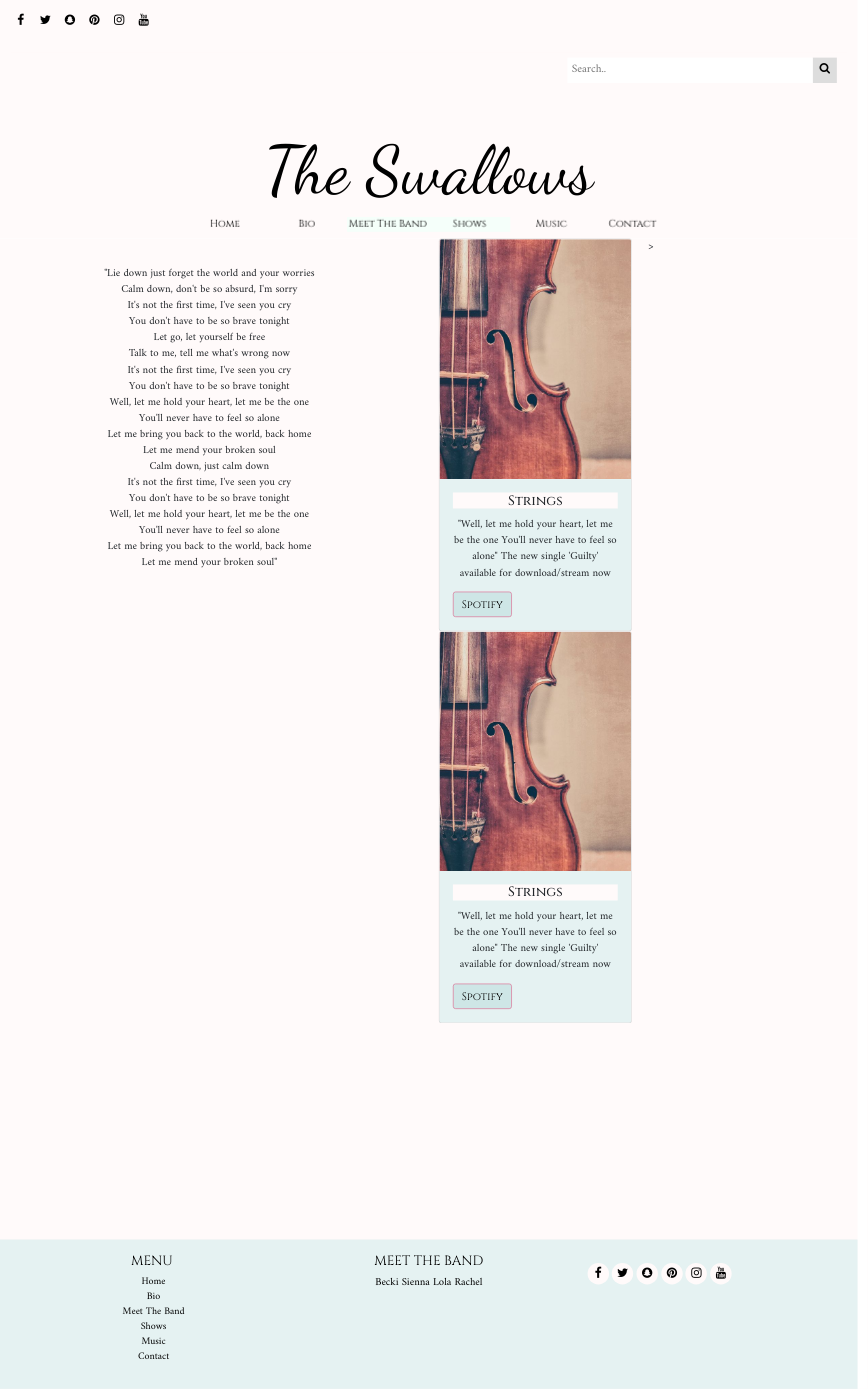
Repository: elizabeth24602/the-swallows
Page: music.html
The author's editor kept a record of every edit. The page is drawn from the files as they stood at one moment, then again after the next edit.
The browser window is 1280 px wide. The page is 1295 px wide, so the pictures cover 1295 px, including what lies to the right of the window. The pictures show the whole page, at 67% of full size.
Pictures or frames that could not be fetched are drawn as grey boxes.

Above is the page before.

### music.html
<!DOCTYPE html>
<html lang="en">
<head>
    <meta charset="UTF-8">
    <meta name="viewport" content="width=device-width, initial-scale=1.0">
    <meta http-equiv="X-UA-Compatible" content="ie=edge">
    <link rel="stylesheet" href="https://stackpath.bootstrapcdn.com/bootstrap/4.3.1/css/bootstrap.min.css" type="text/css" />
    <link rel="stylesheet" href="https://stackpath.bootstrapcdn.com/font-awesome/4.7.0/css/font-awesome.min.css" type="text/css" />
    <link rel="stylesheet" href="https://fonts.googleapis.com/css?family=Dancing+Script" type="text/css" />
    <link rel="stylesheet" href="https://cdnjs.cloudflare.com/ajax/libs/hover.css/2.3.1/css/hover-min.css" type="text/css" />
    <link rel="stylesheet" href="Assessts/CSS/style.css" type="text/css" />
    <title>The Swallows</title>
</head>
<body>
  <header class="container-fluid">
        <div id="social-links" class="row">
        <div class="col-sm-4">
                <ul class="list-inline social-links">
                    <li class="list-inline-item">
                        <a target="_blank" href="#">
                            <i class="fa fa-facebook" aria-hidden="true"></i>
                            <span class="sr-only">Facebook</span>
                        </a>
                    </li>
                    <li class="list-inline-item">
                        <a target="_blank" href="#">
                            <i class="fa fa-twitter" aria-hidden="true"></i>
                            <span class="sr-only">Twitter</span>
                        </a>
                    </li>
                    <li class="list-inline-item">
                        <a target="_blank" href="#">
                            <i class="fa fa-snapchat" aria-hidden="true"></i>
                            <span class="sr-only">Snapchat</span>
                        </a>
                    </li>
                    <li class="list-inline-item">
                        <a target="_blank" href="#">
                            <i class="fa fa-pinterest" aria-hidden="true"></i>
                            <span class="sr-only">Pinterest</span>
                        </a>
                    </li>
                    <li class="list-inline-item">
                        <a target="_blank" href="#">
                            <i class="fa fa-instagram" aria-hidden="true"></i>
                            <span class="sr-only">Instagram</span>
                        </a>
                    </li>
                    <li class="list-inline-item">
                        <a target="_blank" href="#">
                            <i class="fa fa-youtube" aria-hidden="true"></i>
                            <span class="sr-only">YouTube</span>
                        </a>
                    </li>
                </ul>
            </div>
        </div>
       <div class="topnav">
          <div class="search-container">
            <form action="/action_page.php">
                  <input type="text" placeholder="Search.." name="search">
                  <button type="submit"><i class="fa fa-search"></i></button>
            </form>
          </div>
        </div>
        <div class="row no-gutters bg-color-bandname">
            <div class="col headings">
                <h1 class="bandname">The Swallows</h1>
            </div>
        </div>
        <div class="row no-gutters">
            <div class="col">
                <ul id="nav" class="list-inline menucontainer">
                    <li class="col-4 col-sm-2 ui-menu-color-home list-inline-item menuitem">
                        <a href="index.html" class="hvr-sweep-to-bottom"><span>Home</span></a>
                    </li>
                    <li class="col-4 col-sm-2 ui-menu-color-bio list-inline-item menuitem">
                        <a href="bio.html" class="hvr-sweep-to-bottom"><span>Bio</span></a>
                    </li>
                     <li class="col-4 col-sm-2 ui-menu-color-meet-the-band list-inline-item menuitem">
                        <a href="meet.html" class="hvr-sweep-to-bottom"><span>Meet The Band</span></a>
                    </li>
                    <li class="col-4 col-sm-2 ui-menu-color-shows list-inline-item menuitem">
                        <a href="shows.html" class="hvr-sweep-to-bottom"><span>Shows</span></a>
                    </li>
                    <li class="col-4 col-sm-2 ui-menu-color-music list-inline-item menuitem">
                        <a href="music.html" class="hvr-sweep-to-bottom"><span>Music</span></a>
                    </li>
                    <li class="col-4 col-sm-2 ui-menu-color-contact list-inline-item menuitem">
                        <a href="contact.html" class="hvr-sweep-to-bottom"><span>Contact</span></a>
                    </li>
                </ul>
            </div>
        </div>

    </header>
    <section>
        <div class="row">
            <div class="col-sm-6">
        <p class="lyrics">"Lie down just forget the world and your worries <br>
Calm down, don't be so absurd, I'm sorry <br>
It's not the first time, I've seen you cry <br>
You don't have to be so brave tonight <br>

Let go, let yourself be free <br>
Talk to me, tell me what's wrong now <br>
It's not the first time, I've seen you cry <br>
You don't have to be so brave tonight <br>

Well, let me hold your heart, let me be the one <br>
You'll never have to feel so alone <br>
Let me bring you back to the world, back home <br>
Let me mend your broken soul <br>

Calm down, just calm down <br>
It's not the first time, I've seen you cry <br>
You don't have to be so brave tonight <br>

Well, let me hold your heart, let me be the one <br>
You'll never have to feel so alone <br>
Let me bring you back to the world, back home <br>
Let me mend your broken soul"</p>
</div>
<div class="col-sm-3">
    <div class="card" style="width: 18rem;">
  <img src="Assessts/Pictures/chello.jpg" class="card-img-top" alt="chello">
  <div class="card-body">
    <h5 class="card-title">Strings</h5>
    <p class="card-text">"Well, let me hold your heart, let me be the one You'll never have to feel so alone" The new single 'Guilty' available for download/stream now</p>
    <a href="#" class="btn btn-primary">Spotify</a>
  </div>
</div>
</div.
<div class="col-sm-3">
    <div class="card" style="width: 18rem;">
  <img src="Assessts/Pictures/chello.jpg" class="card-img-top" alt="chello">
  <div class="card-body">
    <h5 class="card-title">Strings</h5>
    <p class="card-text">"Well, let me hold your heart, let me be the one You'll never have to feel so alone" The new single 'Guilty' available for download/stream now</p>
    <a href="#" class="btn btn-primary">Spotify</a>
  </div>
</div>
</div>>

</div>
<div class="row">
    <div class="col-sm-12">
        <iframe class="youtube" width="560" height="315" src="https://www.youtube.com/embed/rMNS9oNCL3s" frameborder="0" allow="accelerometer; autoplay; encrypted-media; gyroscope; picture-in-picture" allowfullscreen></iframe>
    </div>
</div>
    </section>
 <footer class="container-fluid">
           <div id="footer-details" class="row">
            <div class="col-sm-4">
                <h5 class="uppercase general-sub">Menu</h5>
                <ul class="inline-block list-inline container-fluid">
                    <li class="list-item">
                        <a target="_blank" href="index.html">
                            <span>Home</span>
                        </a>
                    </li>
                      <li class="list-item">
                        <a target="_blank" href="bio.html">
                            <span>Bio</span>
                        </a>
                    </li>
                      <li class="list-item">
                        <a target="_blank" href="meet.html">
                            <span>Meet The Band</span>
                        </a>
                    </li>
                        </li>
                      <li class="list-item">
                        <a target="_blank" href="shows.html">
                            <span>Shows</span>
                        </a>
                    </li>
                      <li class="list-item">
                        <a target="_blank" href="music.html">
                            <span>Music</span>
                        </a>
                    </li>
                      <li class="list-item">
                        <a target="_blank" href="contact.html">
                            <span>Contact</span>
                        </a>
                    </li>
                </ul>
            </div>
            <div class="col-sm-4">
                <h5 class="uppercase general-sub">Meet the Band</h5>
              <ul class="inline-block list-inline container-fluid">
                    <li class="list-inline-item">
                        <a target="_blank" href="meet.html">
                            <span>Becki</span>
                        </a>
                    </li>
                      <li class="list-inline-item">
                        <a target="_blank" href="meet.html">
                            <span>Sienna</span>
                        </a>
                    </li>
                      <li class="list-inline-item">
                        <a target="_blank" href="meet.html">
                            <span>Lola</span>
                        </a>
                    </li>
                      <li class="list-inline-item">
                        <a target="_blank" href="meet.html">
                            <span>Rachel</span>
                        </a>
                    </li>
                </ul>
            </div>
         <div class="col-sm-4">
                <ul class="list-inline social-links container-fluid">
                    <li class="list-inline-item">
                        <a target="_blank" href="#">
                            <i class="fa fa-facebook" aria-hidden="true"></i>
                            <span class="sr-only">Facebook</span>
                        </a>
                    </li>
                    <li class="list-inline-item">
                        <a target="_blank" href="#">
                            <i class="fa fa-twitter" aria-hidden="true"></i>
                            <span class="sr-only">Twitter</span>
                        </a>
                    </li>
                    <li class="list-inline-item">
                        <a target="_blank" href="#">
                            <i class="fa fa-snapchat" aria-hidden="true"></i>
                            <span class="sr-only">Snapchat</span>
                        </a>
                    </li>
                    <li class="list-inline-item">
                        <a target="_blank" href="#">
                            <i class="fa fa-pinterest" aria-hidden="true"></i>
                            <span class="sr-only">Pinterest</span>
                        </a>
                    </li>
                    <li class="list-inline-item">
                        <a target="_blank" href="#">
                            <i class="fa fa-instagram" aria-hidden="true"></i>
                            <span class="sr-only">Instagram</span>
                        </a>
                    </li>
                    <li class="list-inline-item">
                        <a target="_blank" href="#">
                            <i class="fa fa-youtube" aria-hidden="true"></i>
                            <span class="sr-only">YouTube</span>
                        </a>
                    </li>
                </ul>
            </div>
        </div>

    </footer>
</body>
</html>

### Assessts/CSS/style.css
@import url('https://fonts.googleapis.com/css?family=Dancing+Script:100,200,300,400,500,600,700|Amiri:100,200,300,400,500,600,700|Satisfy:100,200,300,400,500,600,700|Cinzel:100,200,300,400,500,600,700');

/*-------------------------------Colours */

.body {
    background-color: #fffafa;
}

.bg-color-bandname {
 background-color: #fffafa;
}

.ui-menu-color-home {
    background-color: #fffafa;
}

.ui-menu-color-bio {
    background-color: #fffafa;
}

.ui-menu-color-meet-the-band {
    background-color: #f5fffa;
}

.ui-menu-color-shows {
    background-color: #f5fffa;
}

.ui-menu-color-music {
    background-color: #fffafa;
}

.ui-menu-color-contact {
    background-color: #fffafa;
}

/*-------------------------------Search Bar */

* {box-sizing: border-box;}

body {
  margin: 0;
  font-family: Amiri, cursive;
}

.topnav {
  overflow: hidden;
  background-color: #fffafa;
}

.topnav a {
  float: left;
  display: block;
  color: black;
  text-align: center;
  padding: 14px 16px;
  text-decoration: none;
  font-size: 17px;
}

.topnav a:hover {
  background-color: rgba(0, 128, 128, 0.1);
  color: black;
}

.topnav a.active {
  background-color: #fffafa;
  color: white;
}

.topnav .search-container {
  float: right;
}

.topnav input[type=text] {
  padding: 6px;
  margin-top: 8px;
  font-size: 17px;
  border: none;
}

.topnav .search-container button {
  float: right;
  padding: 6px 10px;
  margin-top: 8px;
  margin-right: 16px;
  background: #ddd;
  font-size: 17px;
  border: none;
  cursor: pointer;
}

.topnav .search-container button:hover {
  background: #ccc;
}

@media screen and (max-width: 600px) {
  .topnav .search-container {
    float: none;
  }
  .topnav a, .topnav input[type=text], .topnav .search-container button {
    float: none;
    display: block;
    text-align: left;
    width: 100%;
    margin: 0;
    padding: 14px;
  }
  .topnav input[type=text] {
    border: 1px solid #ccc;
  }
}

/*-------------------------------Special text/padding/margins */

h1,h2,h4 {
    margin: 0;
}

.uppercase {
    text-transform: uppercase;
}

.general-sub {
    font-family: "Cinzel", cursive;
    font-weight: 300;
    color: #000000;
}

.inline-block {
    display: inline-block;
}

/*-------------------------------Heading */

header {
    background: #fffafa;
}

.social-links {
    padding-top: 15px;
    padding-bottom: 15px;
}

.social-links li a i {
    width: 32px;
    height: 32px;
    padding: 12px 0;
    border-radius: 50%;
    font-size: 25px;
    line-height: 7px;
    text-align: center;
    color: #000000;
    background: #fffafa;
    transition: all 0.35s ease-in-out;
    -moz-transition: all 0.35s ease-in-out;
    -webkit-transition: all 0.35s ease-in-out;
    -o-transition: all 0.35s ease-in-out;
}

.social-links li a i:hover {
    background: rgba(0, 128, 128, 0.1);
}

.header {
    margin: 0;
}

.heading {
    margin-left: 50px;
}

.bandname {
    font-family: 'Dancing Script',cursive;
    font-weight: 400;
    font-size: 100px;
    margin-top: 70px;
    color: #000000;
    text-align: center;
}

.list-inline-item:not(:last-child) {
    margin: 0;
}

.menucontainer {
    font-size: 0;
    margin: auto;
    width: 60%;
    padding: 10px;
}

#nav li {
    font-size: 15px;
    font-family: 'Cinzel',cursive;
    padding: 0;
}

.menuitem {
    text-align: center;
    padding: 0;
}

.body {
    text-align: center;
}

.menuitem a {
    width: 100%;
    text-decoration: none;
    color: #000000;
}

/*-------------------------------Hover.css */

.hvr-sweep-to-bottom:before {
    background: rgba(0, 128, 128, 0.1);
}

.hvr-sweep-to-top:before {
    background-color: #db7093;
    text: #000000;
}

.a:hover {
    text-decoration: none;
}

/*-------------------------------Home Section */

section {
    background-color: #fffafa;
}

.center {
  display: block;
  margin-left: auto;
  margin-right: auto;
  width: 50%;
}

.song-title {
    font-family: 'Cinzel',cursive;
    color: #000000;
    padding-top: 20px;
    padding-bottom: 20px;
    position: center;
    text-decoration: none;
    background-color: #fffafa;
    text-align: center;
    margin: 50px;
}

.center {
    width: 300px ;
    position: relative;
    width: 50%;
    padding-top: 20px;
    padding-bottom: 20px;
}

.thorne-img {
    padding-top: 30px;
    padding-bottom: 30px;
    display: block;
    margin-left: auto;
    margin-right: auto;
    width: 40%;
    margin-bottom: 40px;
}

.uppercase {
    text-decoration: none;
    text-align: center;
}

.center-txt {
    font-family: 'Amiri',cursive;
    color: #000000;
    font-size: 150%;
    display: block;
    margin-left: 50px;
    margin-right: 50px;
    margin-bottom: 20px;
    margin-top: 20px;
    padding: 30px;
    width: 50%;
    text-decoration: none;
    background-color: #fffafa;
    line-height: 200px;
    height: 200px;
    text-align: center;
}

.tagline {
    font-family: "Amiri", cursive;
    text-align: center;
    color: #000000;
    padding-top: 70px;
    font-weight: 400;
    font-size: 100%;
    text-decoration: none;
    background:#fffafa;
    list-style-type:none;
    padding: 70px 0;
    font-size: 150%;
}

.tagline:hvr-sweep-to-top {
    background-color: rgba(0, 128, 128, 0.1);
}

/*------------------------------Bio Section */

h2 .our-story {
    font-family: 'Cinzel',cursive;
    font-weight: 100;
    color: #000000;
    padding-top: 60px;
    padding-bottom: 40px;
    text-align: center;
    font-size: 150%;
}

.info {
    font-family: "Amiri",cursive;
    text-align: justify;
    font-size: 110%;
    padding-top: 20px;
    padding-bottom: 100px;
}

.girl {
    display: block;
    margin-left: auto;
    margin-right: auto;
    width: 60%;
    padding-top: 50px;
    padding-bottom: 50px;
}

.quote {
    font-family: 'Amiri',cursive;
    text-align: center;
    font-size: 100%;
    border-style: solid;
    border-width: 3px;
    border-color: #787878;
    background-color: #ffe4e1;
}

/*------------------------------Meet The Band Section */

.name {
    padding-top: 100px;
    padding-bottom: 20px;
    font-family: 'Cinzel',cursive;
    font-size: 200%;
    text-align: center;
}

.bio {
    text-align: center;
    font-weight: 200;
    padding-bottom: 100px;
    padding-top: 50px;
    font-size: 150%;
}

.becki {
    position: static;
    padding: 20px;
    margin-top: 20px;
    margin-bottom: 20px;
    display: block;
    margin-left: auto;
    margin-right: auto;
    width: 90%;
    background-color: #db7093;
}

.lola {
    position: static;
    padding: 20px;
    margin-top: 20px;
    margin-bottom: 20px;
    display: block;
    margin-left: auto;
    margin-right: auto;
    width: 90%;
    background-color: #db7093;
}

.sienna {
    position: static;
    padding: 20px;
    margin-top: 20px;
    margin-bottom: 20px;
    display: block;
    margin-left: auto;
    margin-right: auto;
    width: 90%;
    background-color: #db7093;
}

.rachel {
    position: static;
    padding: 20px;
    margin-top: 20px;
    margin-bottom: 20px;
    display: block;
    margin-left: auto;
    margin-right: auto;
    width: 90%;
    background-color: #db7093;
}

/*------------------------------Shows Section */
#shows {
  font-family: "Cinzel",cursive;
  border-collapse: collapse;
  width: 90%;
  padding-top: 20px;
  padding-bottom: 20px;
  margin: 40px;
}

#shows td, #shows th {
  border: 1px solid #ddd;
  padding: 8px;
}

#shows tr:nth-child(even){background-color: #ffe4e1;}

#shows tr:hover {background-color: #ddd;}

#shows th {
  padding-top: 12px;
  padding-bottom: 12px;
  text-align: center;
  background-color: #f5fffa;
  color: #000000;
}

.quote-shows {
    font-family: 'Amiri',cursive;
    text-align: center;
    font-size: 100%;
    border-style: solid;
    border-width: 3px;
    border-color: #787878;
    background-color: #ffe4e1;
    padding-top: 20px;
    padding-bottom: 20px;
    margin: 20px;
    width: 50%;
    padding: 10px;
    margin-left: 90px;
}

.txt-shows {
    font-family: 'Amiri',cursive;
    color: #000000;
    font-size: 100%;
    display: block;
    margin-left: 85px;
    margin-right: 15px;
    padding: 30px;
    width: 50%;
    text-decoration: none;
    background-color: #fffafa;
    text-align: center;
}

.violin {
    padding-top: 50px;
    padding-bottom: 50px;
    display: block;
    margin-left: auto;
    margin-right: auto;
    width: 80%;
}

/*------------------------------Music Section */
.lyrics {
    font-family: "Amiri",cursive;
    text-align: center;
    padding-bottom: 40px;
    padding-top: 40px;
}

.card-body {
    background-color: rgba(0, 128, 128, 0.1);
}

.card-img-top {

}

.card-title {
    font-family: "Cinzel",cursive;
    text-align: center;
    background-color: #fffafa;
}

.card-text {
    font-family: "Amiri",cursive;
    text-align: center;
}

.btn {
    background-color: rgba(0, 128, 128, 0.1);
    border-color: #db7093;
}

.btn-primary {
    color: #000000;
    font-family: "Cinzel",cursive;
}


/*------------------------------Contact Section */

.contact-us {
    font-family: "Cinzel",cursive;
    color: #000000;
    text-align: center;
    margin-top: 30px;
    margin-bottom: 30px;
}

.contact {
    font-family: "Cinzel",cursive;
    color: #000000;
    text-align: center;
    margin-top: 30px;
    margin-bottom: 30px;
}

.booking {
    font-family: "Amiri",cursive;
    color: #000000;
    text-align: center;
    margin-top: 30px;
    margin-bottom: 30px;
    font-size: 150%;
}

.press {
    font-family: "Amiri",cursive;
    color: #000000;
    text-align: center;
    margin-top: 30px;
    margin-bottom: 30px;
    font-size: 150%
}

.label {
    font-family: "Amiri",cursive;
    color: #000000;
    text-align: center;
    margin-top: 30px;
    margin-bottom: 30px;
    font-size: 150%;
}

.piano {
    padding-top: 50px;
    padding-bottom: 50px;
    display: block;
    margin-left: auto;
    margin-right: auto;
    width: 40%;
}

/*-------------------------------Footer */

footer {
    background-color: rgba(0, 128, 128, 0.1);
    color: #000000;
    min-height: 120px;
    margin: 0;
}

h5 {
    text-align: center;
}

.list-item {
    font-size: 15px;
    color: #000000;
    text-align: center;
    text-decoration: none;
    padding-left: 5px;
    transition: all 0.35s ease-in-out;
    -moz-transition: all 0.35s ease-in-out;
    -webkit-transition: all 0.35s ease-in-out;
    -o-transition: all 0.35s ease-in-out;
}

.list-item:hover {
    background: #fffafa;
}

.inline-block{
    text-align: center;
    color: #000000;
}

a {
    color: #000000;
    text-decoration: none;
    background-color: transparent;
}

.list-inline-item:hover {
    background: #fffafa;
}

.social-links {
    padding-top: 15px;
    padding-bottom: 15px;
}

.social-links li a i {
    width: 32px;
    height: 32px;
    padding: 12px 0;
    border-radius: 50%;
    font-size: 18px;
    line-height: 7px;
    text-align: center;
    color: #000000;
    background: #fffafa;
    transition: all 0.35s ease-in-out;
    -moz-transition: all 0.35s ease-in-out;
    -webkit-transition: all 0.35s ease-in-out;
    -o-transition: all 0.35s ease-in-out;
}

.social-links li a i:hover {
    background: rgba(0, 128, 128, 0.1);
}

#footer-details {
    padding: 20px;
}

After the next edit:
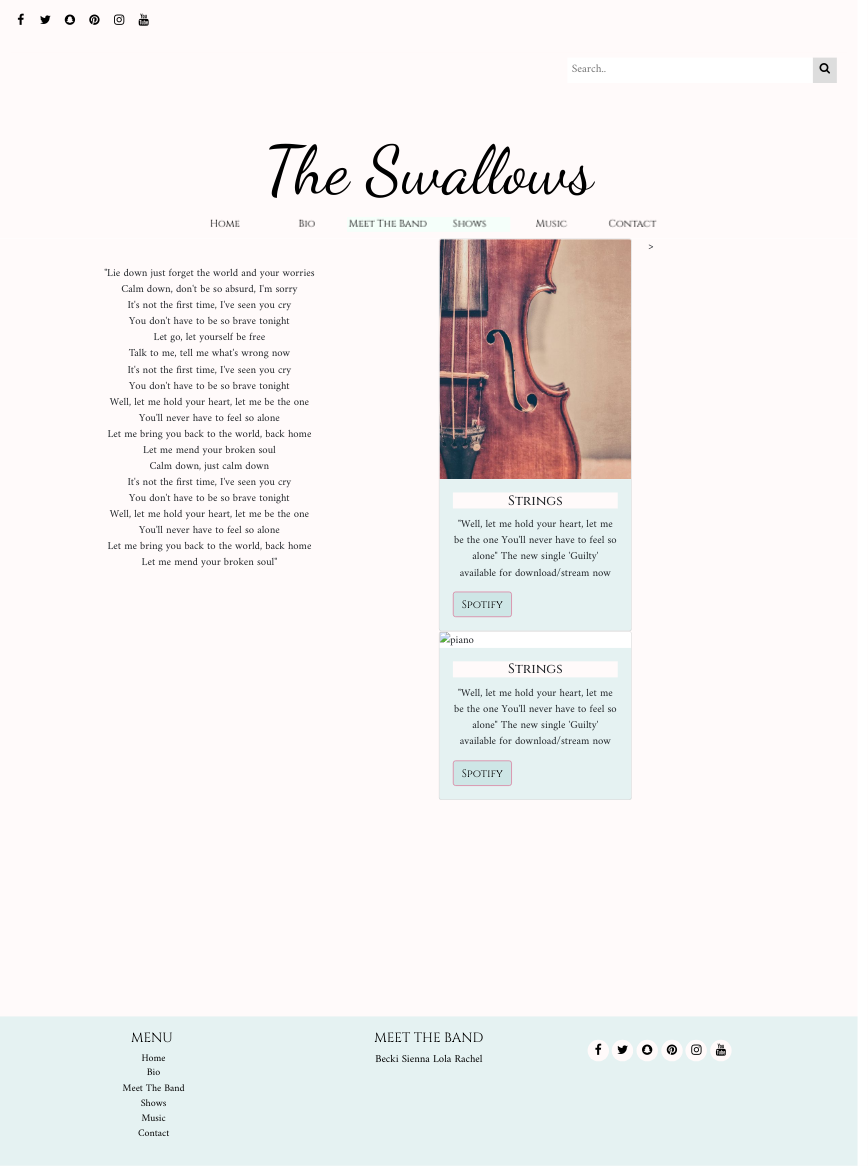
Not found: Assessts/Pictures/instruments.jpg
The edit:
--- a/music.html
+++ b/music.html
@@ -133,7 +133,7 @@
 </div.
 <div class="col-sm-3">
     <div class="card" style="width: 18rem;">
-  <img src="Assessts/Pictures/chello.jpg" class="card-img-top" alt="chello">
+  <img src="Assessts/Pictures/instruments.jpg" class="card-img-top" alt="piano">
   <div class="card-body">
     <h5 class="card-title">Strings</h5>
     <p class="card-text">"Well, let me hold your heart, let me be the one You'll never have to feel so alone" The new single 'Guilty' available for download/stream now</p>
